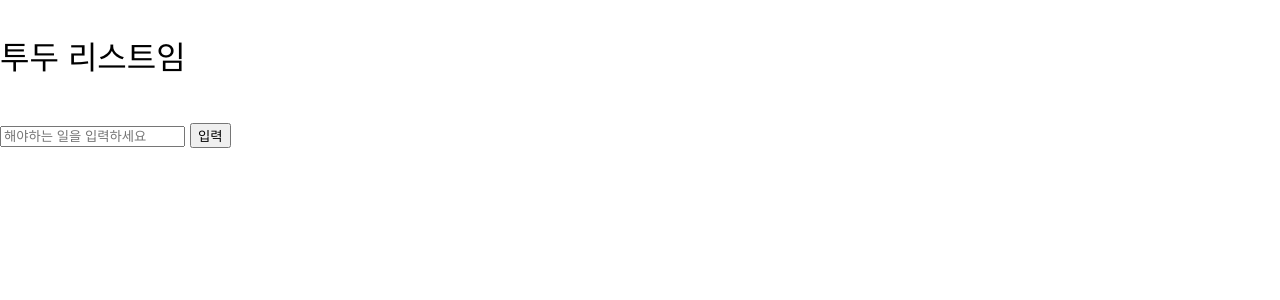
Repository: jun01270/Todo-List_React
Page: /
The author's editor kept a copy of each file at every save. The page is drawn from the files as they stood at one save, then again after the next save.
The browser window is 1280 px wide. The pictures show the whole page.
The project was rebuilt for these pictures with package versions that can differ from the ones it lists, and the page was loaded fresh each time.

Above is the page before, as saved 2022-12-28 17:49:16.

### src/App.js
import "./App.css";

function App() {
  return (
    <div className="todo">
      <div className="todo-list">
        <p>투두 리스트임</p>
        <form className="todo-Form">
          <input type="text" placeholder="해야하는 일을 입력하세요"></input>
          <input type="button" value="입력" className="btn"></input>
        </form>
      </div>
    </div>
  );
}

export default App;

### src/App.css
.App {
  text-align: center;
}
.todo-list {
  font-size: xx-large;
}

.todo-Form {
}

.btn {
  margin-left: 5px;
}

Loaded but not shown: public/index.html (common file); src/index.js (common file); src/index.css (common file); src/reportWebVitals.js (common file)

After the next save:
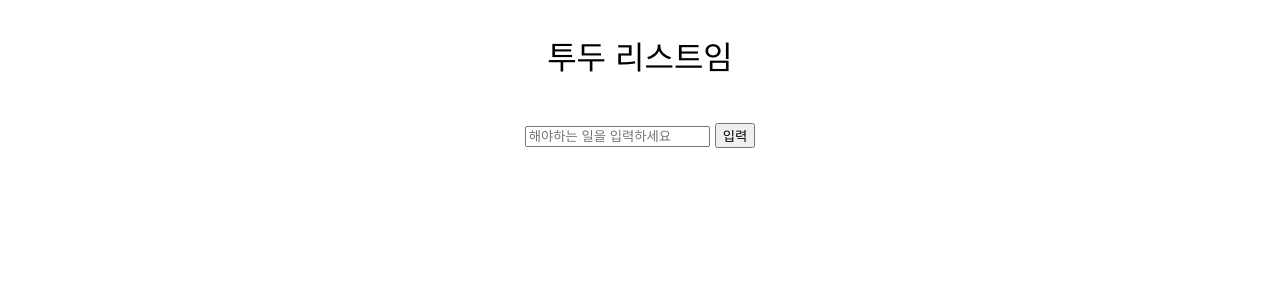
Saved 2 s later.
--- a/src/App.js
+++ b/src/App.js
@@ -2,7 +2,7 @@
 
 function App() {
   return (
-    <div className="todo">
+    <div className="App">
       <div className="todo-list">
         <p>투두 리스트임</p>
         <form className="todo-Form">

After the save that followed:
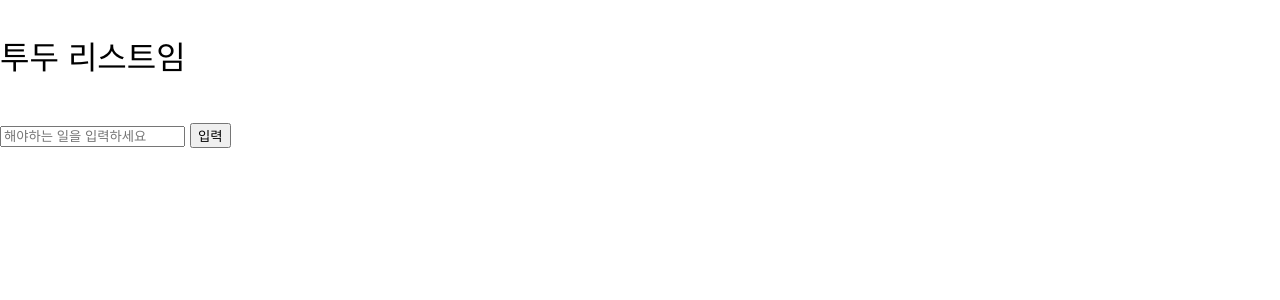
Saved 15 s later.
--- a/src/App.js
+++ b/src/App.js
@@ -2,7 +2,7 @@
 
 function App() {
   return (
-    <div className="App">
+    <div className="todo">
       <div className="todo-list">
         <p>투두 리스트임</p>
         <form className="todo-Form">
